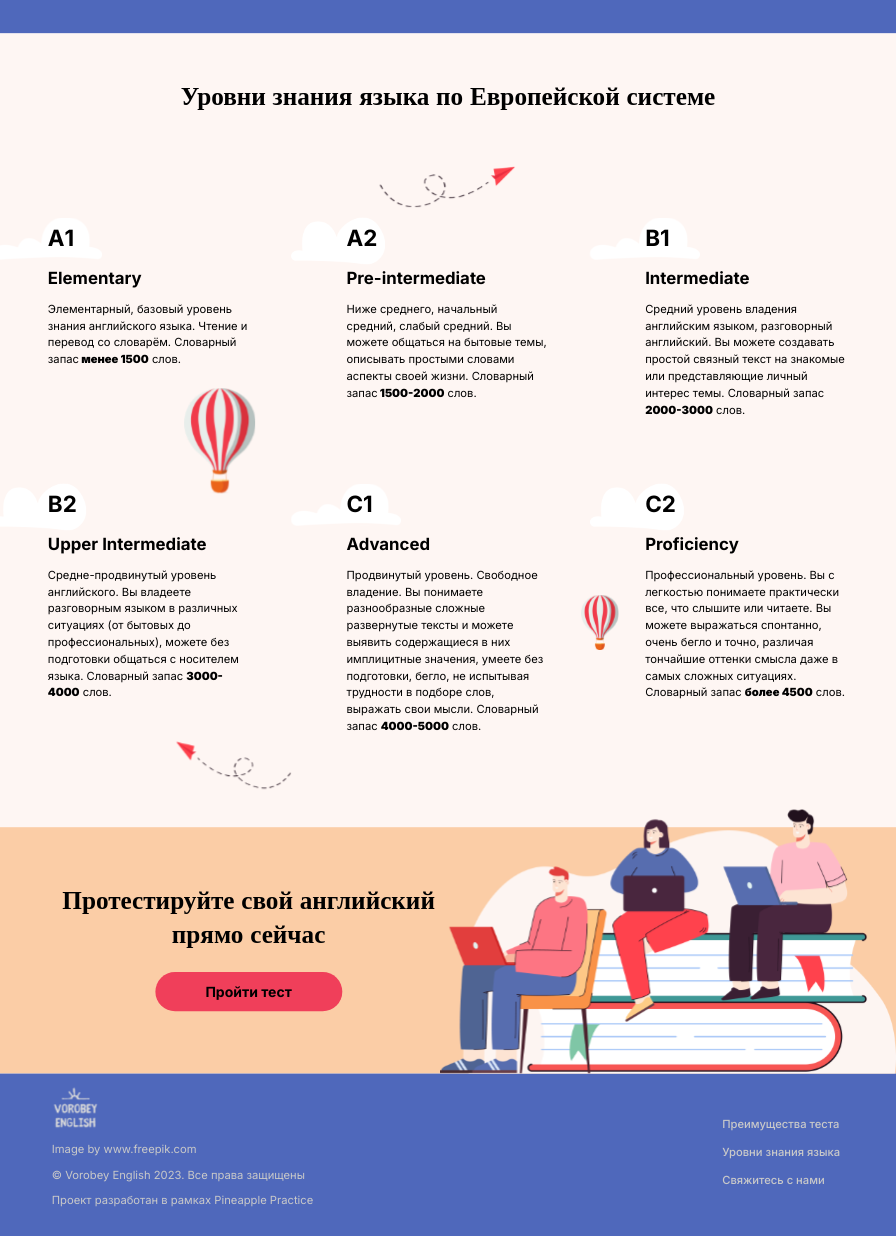
Repository: WladimirVA/Diplom
Page: templates/Index.html
An editor plug-in stored every save of this project. The page is shown before and after the next save, followed by the edit.
The browser window is 1280 px wide. The pictures show the part of the page from y = 2104 to 4024 px (the page is 3870 px tall before and 4024 px after), at 70% of full size.

Above is the page before, as saved 2023-06-08 16:00:32.

After the next save:
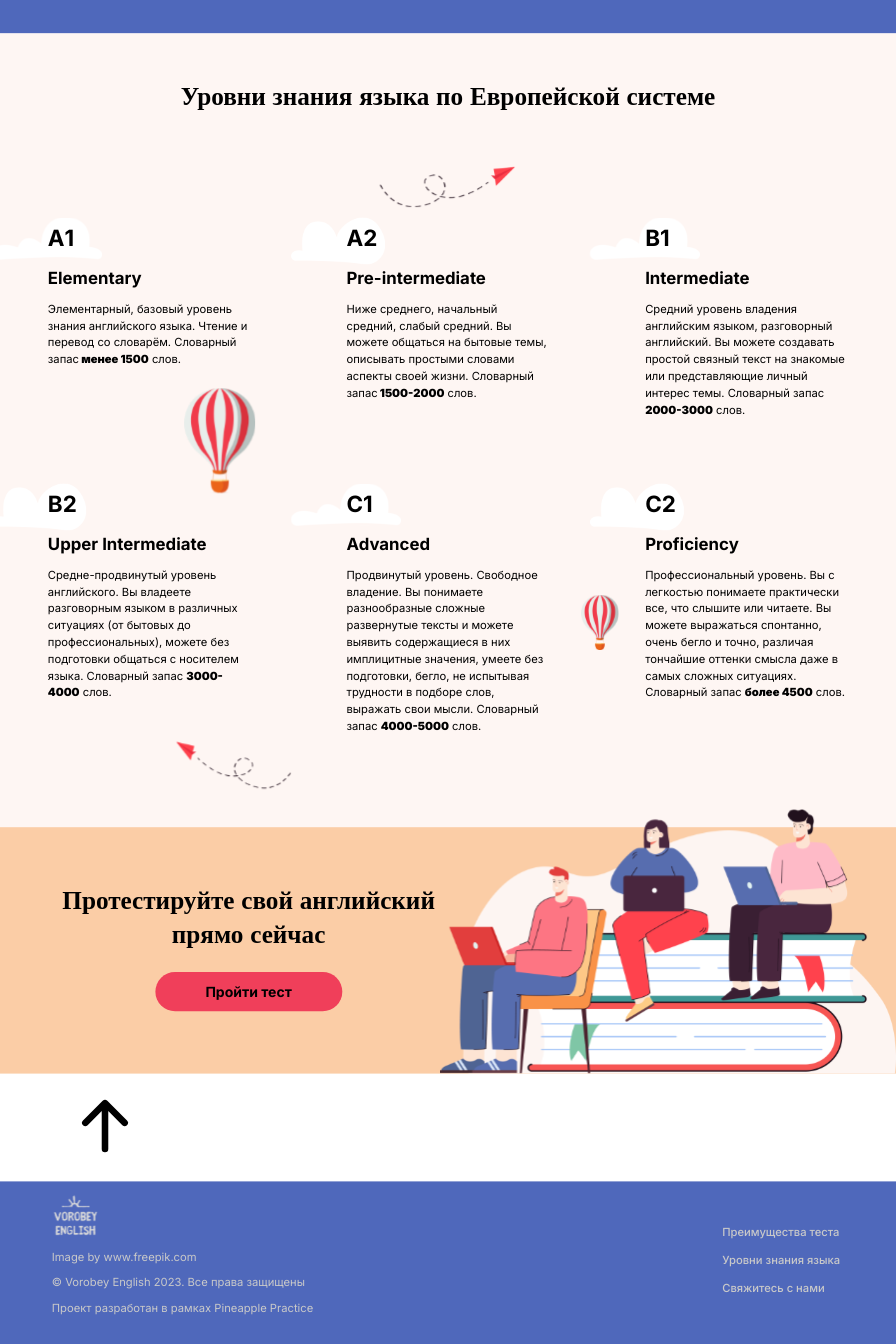
Saved 13 s later.
--- a/templates/Index.html
+++ b/templates/Index.html
@@ -278,6 +278,18 @@
             </div>
         </div>
     </section>
+    <section class="">
+        <svg xmlns="http://www.w3.org/2000/svg" style="display: none;">
+            <symbol id="arrow-up-short" viewBox="0 0 16 16">
+              <path fill-rule="evenodd" d="M8 12a.5.5 0 0 0 .5-.5V5.707l2.146 2.147a.5.5 0 0 0 .708-.708l-3-3a.5.5 0 0 0-.708 0l-3 3a.5.5 0 1 0 .708.708L7.5 5.707V11.5a.5.5 0 0 0 .5.5z" />
+            </symbol>
+          </svg>
+          <div class="btn-up btn-up_hide">
+            <svg class="btn-up-icon" role="img" aria-label="Прокрутить страницу к началу">
+              <use xlink:href="#arrow-up-short"></use>
+            </svg>
+          </div>
+    </section>
 </main>
 <footer class="FOOTER" id="FOOTER">
     <div class="section">
